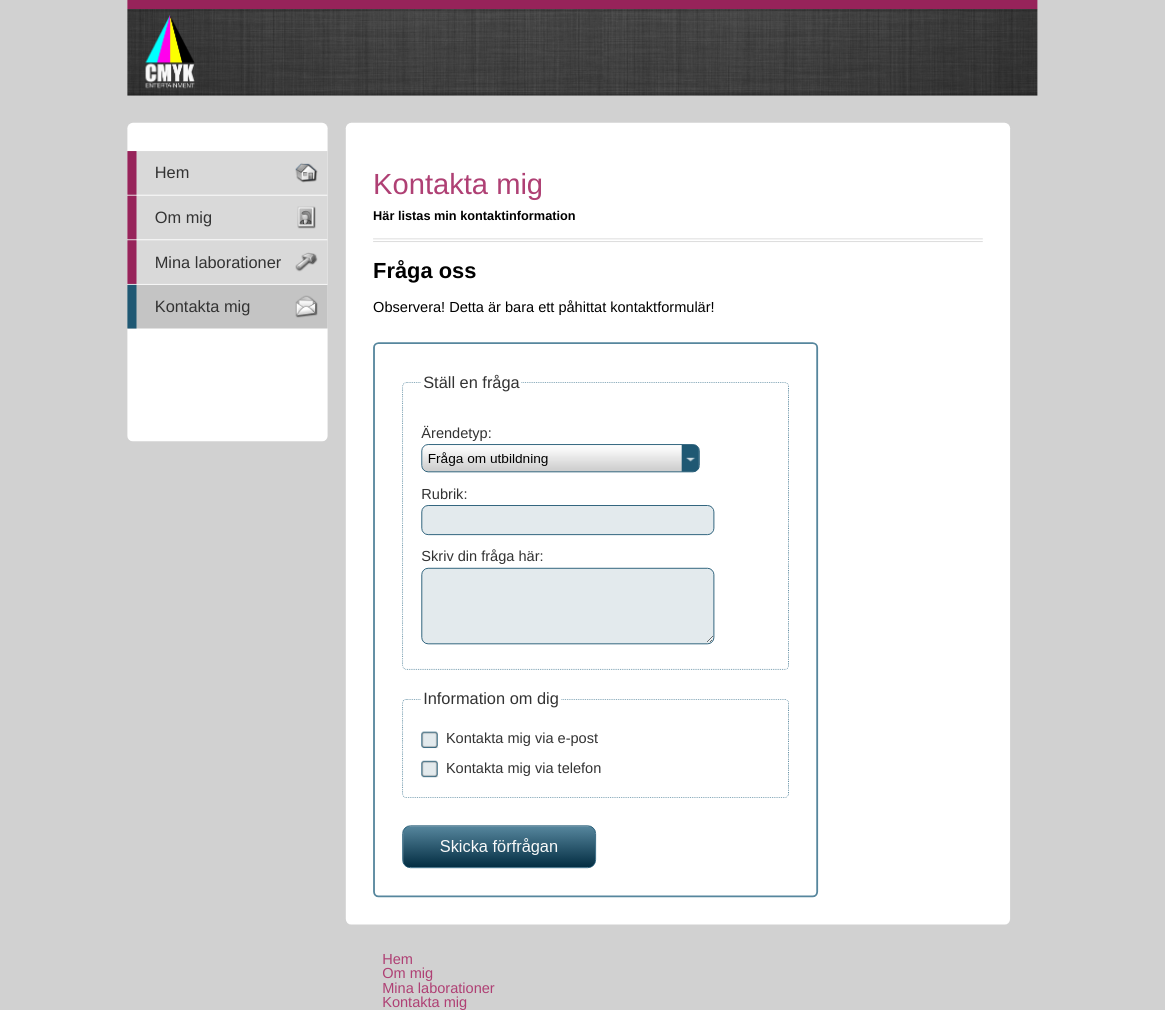
Repository: Holmewi/1ik415-jh222qr-laborationer
Page: pages/kontakt.html
The author's editor kept a record of every edit. The page is drawn from the files as they stood at one moment, then again after the next edit.
The browser window is 1280 px wide. The pictures show the whole page, at 91% of full size.

Above is the page before.

After the next edit:
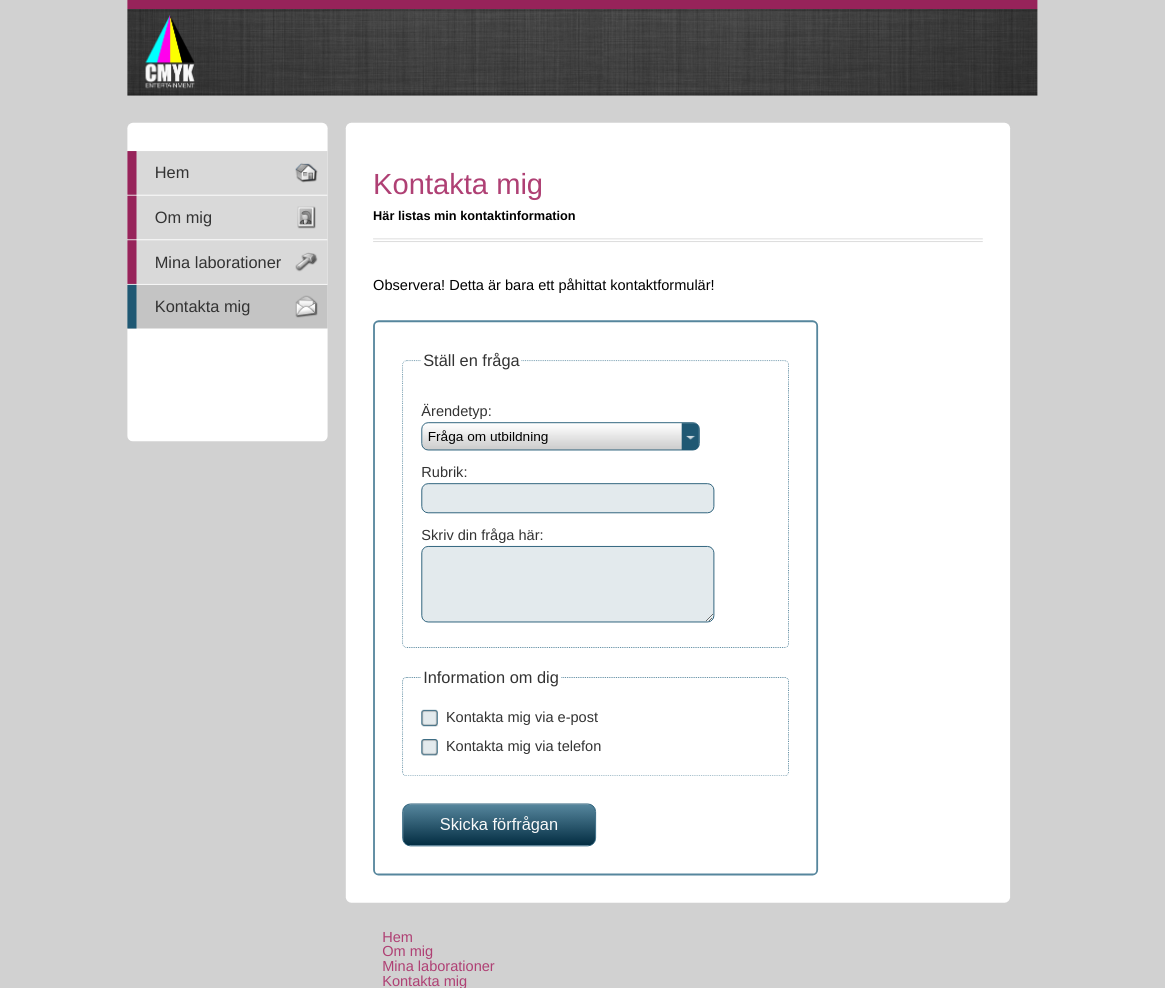
The edit:
--- a/pages/kontakt.html
+++ b/pages/kontakt.html
@@ -37,8 +37,7 @@
                     <h1>Kontakta mig</h1>
                     <h4>Här listas min kontaktinformation</h4>
                 </header>
-                <article>
-                    <h2>Fråga oss</h2>
+                <article id="observe">
                     <p>Observera! Detta är bara ett påhittat kontaktformulär!</p>
                 </article>
                 <div class="form">
